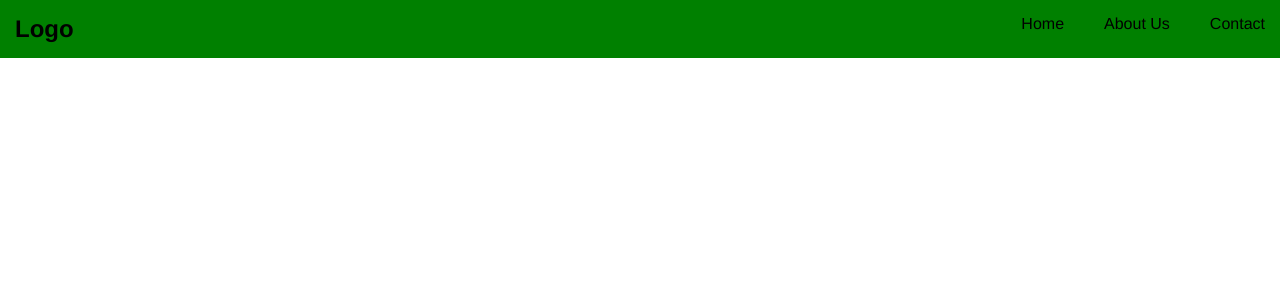
Repository: shreyajadhav13/TP_RP_05
Page: intermediate/assets/menu.html
An editor plug-in stored every save of this project. The page is shown before and after the next save, followed by the edit.
The browser window is 1280 px wide. The pictures show the whole page.

Above is the page before, as saved 2024-06-20 16:44:33.

### intermediate/assets/menu.html
<!DOCTYPE html>
<html lang="en">
<head>
    <meta charset="UTF-8">
    <meta name="viewport" content="width=device-width, initial-scale=1.0"/>
    <title>Navbar</title>
    <link rel="stylesheet" href="/assets/style.css">
</head>
<body>
    <nav class="nav">
        <div>
        <h1 class="main">Logo</h1>
        </div>
        <div>
        <ul>
                <li>Home</li>
                <li>About Us</li>
                <li>Contact</li>
        </ul>
    </div>
</nav>
</body>
</html>

### intermediate/assets/style.css
/* Global Selector */
*{
    /* CSS Resetting */
    margin: 0;
    padding: 0;
    box-sizing: border-box;
    font-family: 'Franklin Gothic Medium', 'Arial Narrow', Arial, sans-serif;
    list-style: none;
}

h1,label{
    font-family: 'Franklin Gothic Medium', 'Arial Narrow', Arial, sans-serif;
}

.button{
    border-color: black;
    padding: 3px 4px 1px 5px;
}

/*  Id Selector */
#login{
    color: white;
}
form{
    height: 300px;
    width: 300px;
    border: 2px ;
    border-radius: 8px;
    background-color:rgba(255, 255, 255, 0.322)


}
/*  Class Selector */
.form-input{
    margin: 40px 0px 0px 0px;
}

button:hover {
    opacity: 0.8;

}
/* End Login */

/* Navbar */

.nav{
    display: flex;
    justify-content: space-between;
    background-color:green
}
.nav > div {
    padding:15px;
}

.nav > div > ul {
    display:flex;
    gap:40px;
}
.nav > div > ul > li:hover {
    text-decoration: underline;
    cursor: pointer;
}

/* End Navbar */

After the next save:
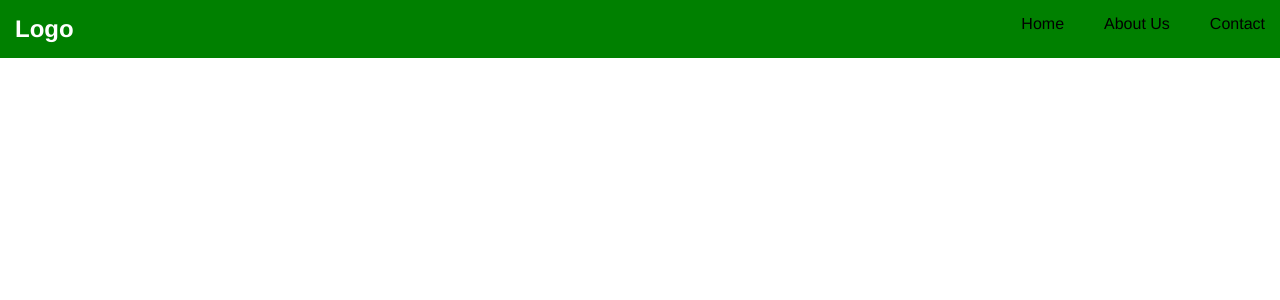
Saved 21 s later.
--- a/intermediate/assets/style.css
+++ b/intermediate/assets/style.css
@@ -29,6 +29,10 @@ form{
     background-color:rgba(255, 255, 255, 0.322)
 
 
+}
+
+.main{
+    color:white
 }
 /*  Class Selector */
 .form-input{
